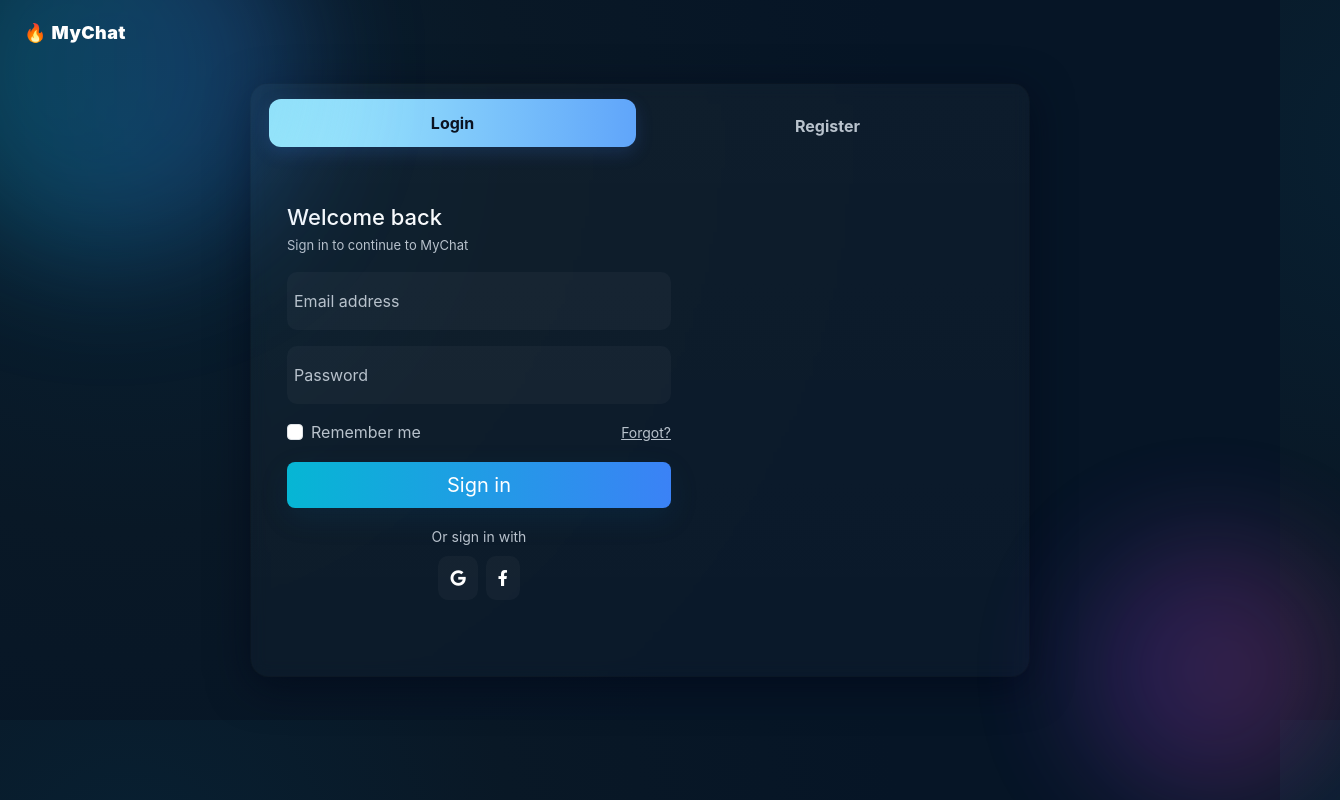
Repository: bharat132002/chat-app
Page: public/auth.html
The author's editor kept a copy of each file at every save. The page is drawn from the files as they stood at one save, then again after the next save.
The browser window is 1280 px wide. The page is 1340 px wide, so the pictures cover 1340 px, including what lies to the right of the window. The pictures show the whole page.

Above is the page before, as saved 2025-12-02 17:20:28.

### public/auth.html
<!DOCTYPE html>
<html lang="en">
<head>
  <meta charset="utf-8" />
  <meta name="viewport" content="width=device-width,initial-scale=1" />
  <title>Stylish Auth — Chat App</title>

  <!-- Bootstrap (for convenience) -->
  <link href="https://cdn.jsdelivr.net/npm/bootstrap@5.3.2/dist/css/bootstrap.min.css" rel="stylesheet">

  <!-- Icons -->
  <link href="https://cdnjs.cloudflare.com/ajax/libs/font-awesome/6.4.0/css/all.min.css" rel="stylesheet">

  <!-- Custom CSS -->
  <link rel="stylesheet" href="css/auth.css" />
</head>
<body>
  <nav class="topbar">
    <div class="brand">🔥 <strong>MyChat</strong></div>
    <div class="right-area">
      <span id="nav-username" class="nav-username hidden"></span>
      <button id="btn-logout" class="btn btn-sm btn-outline-light hidden">Logout</button>
    </div>
  </nav>

  <main class="page">
    <div class="card glass-card animate-pop">
      <div class="card-body p-0">
        <div class="tabs">
          <button class="tab-btn active" data-tab="login">Login</button>
          <button class="tab-btn" data-tab="register">Register</button>
        </div>

        <div class="forms">

          <!-- LOGIN -->
          <form id="loginForm" class="form-panel active">
            <div class="panel-head">
              <h3>Welcome back</h3>
              <p class="muted">Sign in to continue to MyChat</p>
            </div>

            <div class="form-body">
              <div class="form-floating mb-3">
                <input type="email" id="loginEmail" class="form-control" placeholder="name@example.com">
                <label for="loginEmail">Email address</label>
              </div>

              <div class="form-floating mb-3">
                <input type="password" id="loginPassword" class="form-control" placeholder="Password">
                <label for="loginPassword">Password</label>
              </div>

              <div class="d-flex justify-content-between align-items-center mb-3">
                <div class="form-check">
                  <input class="form-check-input" type="checkbox" id="rememberMe">
                  <label class="form-check-label muted" for="rememberMe">Remember me</label>
                </div>
                <a href="#" class="muted small">Forgot?</a>
              </div>

              <div class="d-grid gap-2">
                <button type="button" id="btnLogin" class="btn btn-primary btn-lg">Sign in</button>
              </div>

              <div class="mt-3 text-center">
                <small class="muted">Or sign in with</small>
                <div class="socials mt-2">
                  <button class="social"><i class="fab fa-google"></i></button>
                  <button class="social"><i class="fab fa-facebook-f"></i></button>
                </div>
              </div>

              <div id="loginMsg" class="form-msg mt-3"></div>
            </div>
          </form>

          <!-- REGISTER -->
          <form id="registerForm" class="form-panel">
            <div class="panel-head">
              <h3>Create account</h3>
              <p class="muted">Join MyChat — it’s quick &amp; free</p>
            </div>

            <div class="form-body">
              <div class="form-floating mb-3">
                <input type="text" id="regUsername" class="form-control" placeholder="Your name">
                <label for="regUsername">Username</label>
              </div>

              <div class="form-floating mb-3">
                <input type="email" id="regEmail" class="form-control" placeholder="name@example.com">
                <label for="regEmail">Email address</label>
              </div>

              <div class="form-floating mb-3">
                <input type="password" id="regPassword" class="form-control" placeholder="Password">
                <label for="regPassword">Password</label>
              </div>

              <div class="d-grid gap-2">
                <button type="button" id="btnRegister" class="btn btn-success btn-lg">Create account</button>
              </div>

              <div id="regMsg" class="form-msg mt-3"></div>
            </div>
          </form>

        </div>
      </div>
    </div>

    <div class="hero-decor">
      <div class="blob b1"></div>
      <div class="blob b2"></div>
      <div class="sparkle"></div>
    </div>
  </main>

  <!-- JS -->
  <script src="https://cdn.jsdelivr.net/npm/bootstrap@5.3.2/dist/js/bootstrap.bundle.min.js"></script>
  <script src="js/auth.js"></script>
</body>
</html>

### public/css/auth.css
/* auth.css - stylish glassmorphism + animations */
:root{
  --bg1: #0f1724; --bg2: #0b2545;
  --glass: rgba(255,255,255,0.06);
  --muted: #b8c2cc;
  --accent: linear-gradient(90deg,#06b6d4,#3b82f6);
}

*{box-sizing:border-box;font-family:Inter,system-ui,-apple-system,Segoe UI,Roboto,"Helvetica Neue",Arial;}
body{
  margin:0;background:radial-gradient(circle at 10% 20%, #082032 0%, #091826 30%, #061526 60%), linear-gradient(120deg,#001029 0%, #071633 100%);
  min-height:100vh;color:#fff;overflow:hidden;
}

/* Topbar */
.topbar{
  height:64px;display:flex;align-items:center;justify-content:space-between;padding:0 24px;background:transparent;
  position:fixed;left:0;right:0;top:0;z-index:40;
}
.brand{font-weight:700;font-size:18px;letter-spacing:0.4px;}
.nav-username{margin-right:12px;padding:6px 10px;border-radius:999px;background:rgba(255,255,255,0.04);font-weight:600;}
.hidden{display:none;}

/* Page area */
.page{height:100vh;display:flex;align-items:center;justify-content:center;padding:80px 20px 40px 20px;position:relative;}
.glass-card{
  width:780px;max-width:95%;border-radius:18px;background:linear-gradient(180deg, rgba(255,255,255,0.03), rgba(255,255,255,0.02));backdrop-filter:blur(8px);
  box-shadow: 0 10px 40px rgba(2,6,23,0.6); overflow:hidden; position:relative;
  transform: translateY(0); transition:transform .35s cubic-bezier(.2,.9,.3,1);
}

/* small pop animation */
.animate-pop{ animation: pop .45s cubic-bezier(.2,.8,.25,1); }
@keyframes pop{ from{ transform:translateY(18px) scale(.98); opacity:0 } to{ transform:translateY(0) scale(1); opacity:1 } }

/* tabs */
.tabs{ display:flex; gap:8px; padding:18px; background:transparent; }
.tab-btn{
  flex:1; padding:12px 18px; border-radius:12px; border: none; background:transparent; color:var(--muted); font-weight:700; cursor:pointer; transition: all .25s ease;
}
.tab-btn.active{ color:#0b1220; background: linear-gradient(90deg,#a5f3fc, #60a5fa); box-shadow: 0 6px 18px rgba(59,130,246,0.18); transform: translateY(-3px); }

.forms{ display:flex; gap:0; padding:18px; }

/* panels */
.form-panel{ width:420px; padding:18px; transform-origin: left top; transition: all .35s ease; display:none; }
.form-panel.active{ display:block; }
.panel-head h3{ margin:0 0 6px 0; font-size:22px; color:#f8fafc; }
.panel-head .muted{ color:var(--muted); font-size:13px; }

/* inputs */
.form-body{ margin-top:12px; }
.form-floating > .form-control{ background: rgba(255,255,255,0.03); color:#fff; border:none; height:54px; padding:18px; border-radius:10px; }
.form-floating > label{ color:var(--muted); padding-left:6px; }
.btn-primary{ background: linear-gradient(90deg,#06b6d4,#3b82f6); border:none; box-shadow: 0 10px 30px rgba(3,105,161,0.12); }
.btn-success{ background: linear-gradient(90deg,#34d399,#10b981); border:none; box-shadow: 0 10px 20px rgba(6,95,70,0.12); color:#021; }
.muted{ color:var(--muted); }

/* social icons */
.socials{ display:flex; gap:8px; justify-content:center; margin-top:6px; }
.social{ background: rgba(255,255,255,0.03); border:none; padding:10px 12px; border-radius:10px; color:#fff; font-size:16px; }

/* messages */
.form-msg{ min-height:24px; color:#fff; font-weight:600; text-align:center; font-size:14px; }

/* decoration blobs */
.hero-decor{ position:absolute; left:0; right:0; top:0; bottom:0; pointer-events:none; }
.blob{ position:absolute; filter: blur(60px) opacity(.28); border-radius:50%; transform: translateZ(0); }
.b1{ width:380px; height:380px; background: linear-gradient(90deg,#06b6d4,#3b82f6); left:-80px; top: -120px; }
.b2{ width:260px; height:260px; background: linear-gradient(90deg,#7c3aed,#ec4899); right:-60px; bottom:-80px; opacity:.9; }

/* responsive */
@media (max-width:900px){
  .glass-card{ width:95%; }
  .forms{ flex-direction:column; align-items:center; }
  .form-panel{ width:100%; }
}

### public/js/auth.js
const API = ""; // same origin
const tokenKey = "chat_token";

document.addEventListener("DOMContentLoaded", () => {
  // Tabs switching
  document.querySelectorAll(".tab-btn").forEach(btn => {
    btn.addEventListener("click", (event) => {  // ✅ event parameter add
      document.querySelectorAll(".tab-btn").forEach(x => x.classList.remove("active"));
      btn.classList.add("active");

      const tab = btn.dataset.tab;
      document.querySelectorAll(".form-panel").forEach(p => p.classList.remove("active"));
      document.getElementById(tab === "login" ? "loginForm" : "registerForm").classList.add("active");

      clearMsg();
    });
  });

  // Buttons
  const btnRegister = document.getElementById("btnRegister");
  const btnLogin = document.getElementById("btnLogin");
  if(btnRegister) btnRegister.addEventListener("click", register);
  if(btnLogin) btnLogin.addEventListener("click", login);

  const btnOut = document.getElementById("btn-logout");
  if(btnOut) btnOut.addEventListener("click", logout);

  // Auto-login if token exists
  const t = localStorage.getItem(tokenKey);
  if (t) redirectToChat();
});

// Show messages
function showMsg(elId, text, ok=true) {
  const el = document.getElementById(elId);
  if (!el) return;
  el.style.color = ok ? "#DFF7E2" : "#ffd2d2";
  el.textContent = text;
  setTimeout(() => { if (el) el.textContent = ""; }, 6000);
}

function clearMsg() {
  ["loginMsg","regMsg"].forEach(id => {
    const el = document.getElementById(id);
    if(el) el.textContent = "";
  });
}

// REGISTER
async function register() {
  const username = document.getElementById("regUsername").value.trim();
  const email = document.getElementById("regEmail").value.trim();
  const password = document.getElementById("regPassword").value;

  if(!username || !email || !password) {
    showMsg("regMsg","All fields required",false);
    return;
  }

  try {
    const res = await fetch(API + "/api/auth/register", {
      method:"POST",
      headers: {"Content-Type":"application/json"},
      body: JSON.stringify({username,email,password})
    });
    const data = await res.json();

    if(data.success) {
      showMsg("regMsg","Registered! Logging you in...",true);
      await login(email,password); // auto-login
    } else {
      showMsg("regMsg", data.msg || "Register failed", false);
    }
  } catch(err) {
    showMsg("regMsg", err.message || "Network error", false);
  }
}

// LOGIN
async function login(prefilledEmail, prefilledPassword) {
  const email = prefilledEmail || document.getElementById("loginEmail").value.trim();
  const password = prefilledPassword || document.getElementById("loginPassword").value;

  if(!email || !password) {
    showMsg("loginMsg","Provide email & password",false);
    return;
  }

  try {
    const res = await fetch(API + "/api/auth/login", {
      method:"POST",
      headers: {"Content-Type":"application/json"},
      body: JSON.stringify({email,password})
    });
    const data = await res.json();

    if(data.success && data.token) {
      localStorage.setItem(tokenKey,data.token);
      redirectToChat();
    } else {
      showMsg("loginMsg", data.msg || "Login failed", false);
    }
  } catch(err) {
    showMsg("loginMsg", err.message || "Network error", false);
  }
}

// REDIRECT
function redirectToChat() {
  window.location.href = "chat.html";
}

// LOGOUT
function logout() {
  localStorage.removeItem(tokenKey);
  const navUser = document.getElementById("nav-username");
  const btnOut = document.getElementById("btn-logout");
  if(navUser) navUser.classList.add("hidden");
  if(btnOut) btnOut.classList.add("hidden");

  document.querySelectorAll(".tab-btn").forEach(x => x.classList.remove("active"));
  document.querySelector('[data-tab="login"]').classList.add("active");
  document.getElementById("registerForm").classList.remove("active");
  document.getElementById("loginForm").classList.add("active");
}

After the next save:
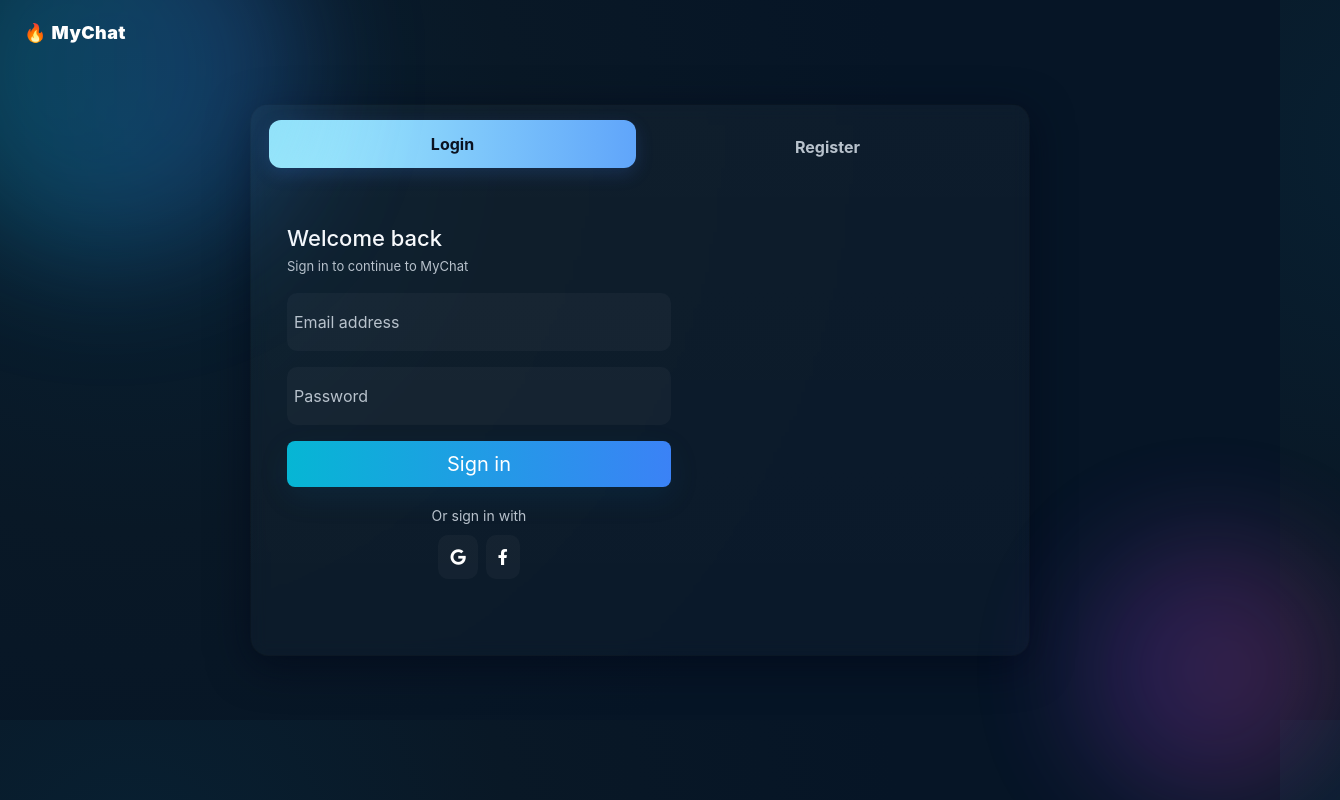
Saved 2 min 11 s later.
--- a/public/auth.html
+++ b/public/auth.html
@@ -51,13 +51,13 @@
                 <label for="loginPassword">Password</label>
               </div>
 
-              <div class="d-flex justify-content-between align-items-center mb-3">
+              <!-- <div class="d-flex justify-content-between align-items-center mb-3">
                 <div class="form-check">
                   <input class="form-check-input" type="checkbox" id="rememberMe">
                   <label class="form-check-label muted" for="rememberMe">Remember me</label>
                 </div>
                 <a href="#" class="muted small">Forgot?</a>
-              </div>
+              </div> -->
 
               <div class="d-grid gap-2">
                 <button type="button" id="btnLogin" class="btn btn-primary btn-lg">Sign in</button>

After the save that followed:
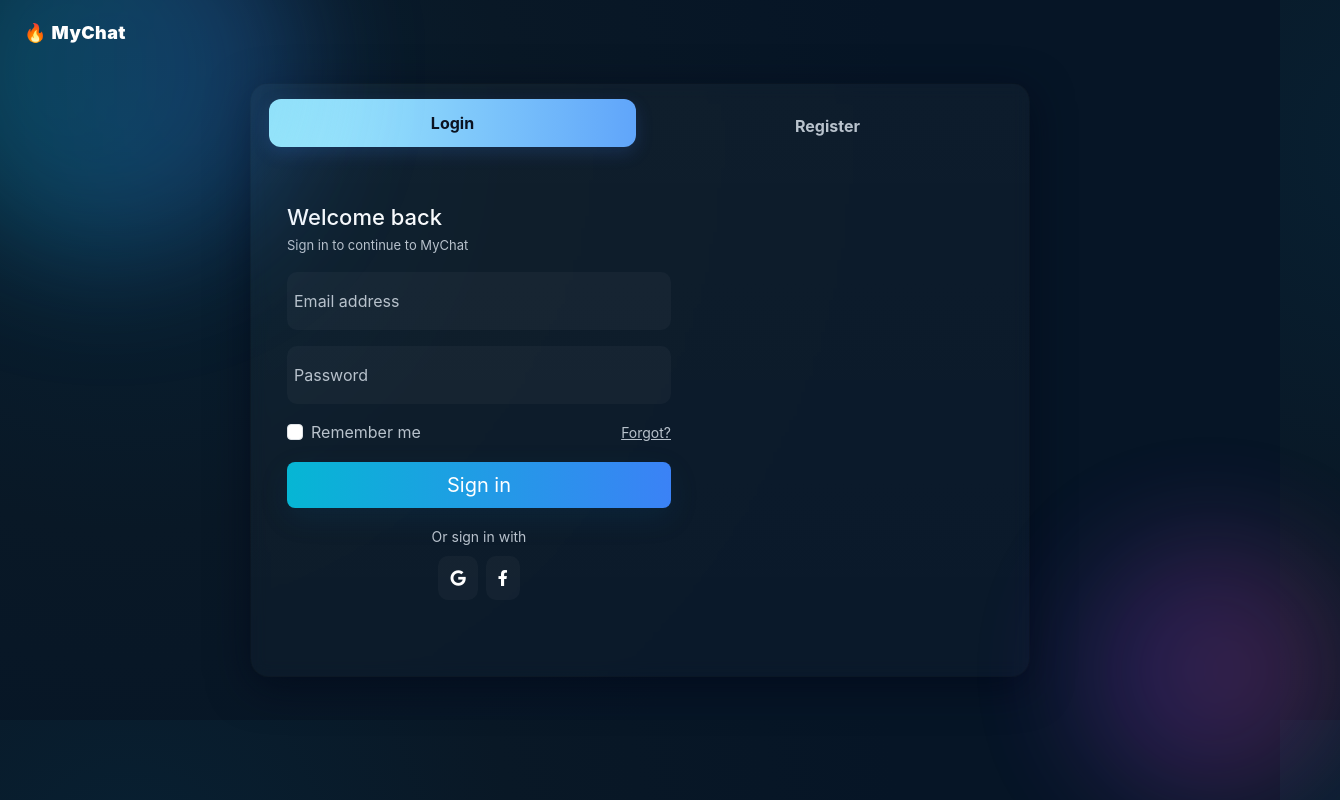
Saved 27 s later.
--- a/public/auth.html
+++ b/public/auth.html
@@ -51,13 +51,13 @@
                 <label for="loginPassword">Password</label>
               </div>
 
-              <!-- <div class="d-flex justify-content-between align-items-center mb-3">
+              <div class="d-flex justify-content-between align-items-center mb-3">
                 <div class="form-check">
                   <input class="form-check-input" type="checkbox" id="rememberMe">
                   <label class="form-check-label muted" for="rememberMe">Remember me</label>
                 </div>
                 <a href="#" class="muted small">Forgot?</a>
-              </div> -->
+              </div>
 
               <div class="d-grid gap-2">
                 <button type="button" id="btnLogin" class="btn btn-primary btn-lg">Sign in</button>
